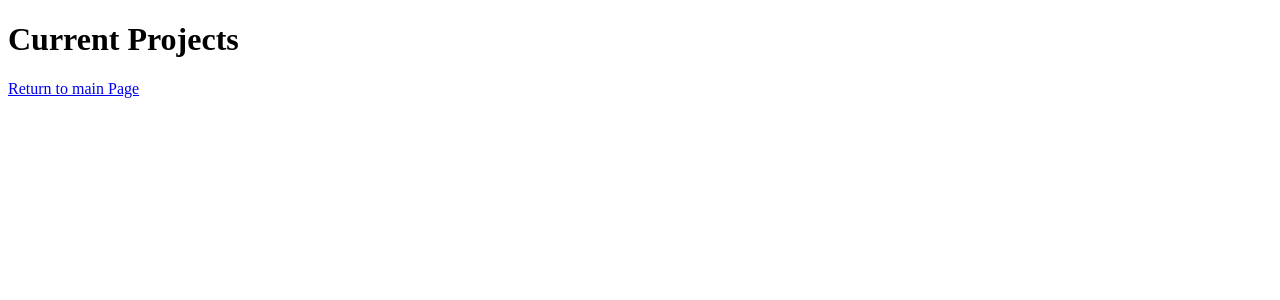
Repository: GodwinYeboah1/Java-Assignment-
Page: SpringIntro/springProjects/portfolio/src/main/resources/static/project.html
These files come from the project's save history. The page is drawn as it stood at one moment and after the next save; the edit follows.
The browser window is 1280 px wide. The pictures show the whole page.

Above is the page before, as saved 2018-03-09 21:06:02.

After the next save:
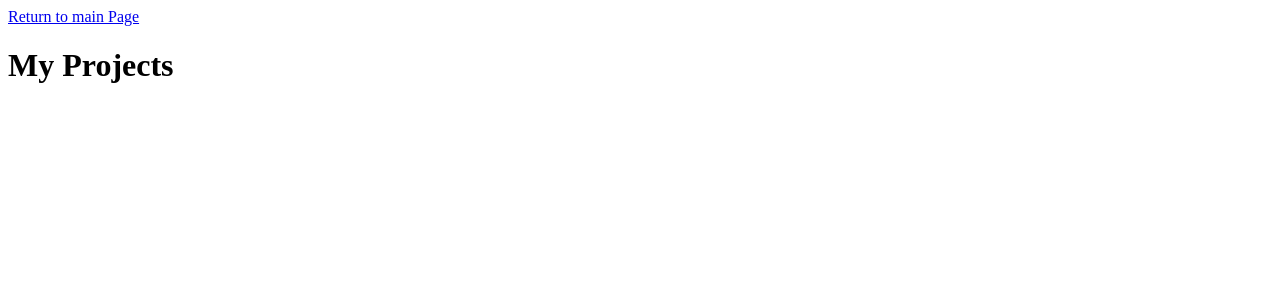
Saved 43 s later.
--- a/SpringIntro/springProjects/portfolio/src/main/resources/static/project.html
+++ b/SpringIntro/springProjects/portfolio/src/main/resources/static/project.html
@@ -6,9 +6,9 @@
 
 </head>
 <body>
-		<h1>Current Projects  </h1>
+
 		<a href="/">Return to main Page</a>
-
+				<h1>My Projects  </h1>
 
 </body>
 </html>
